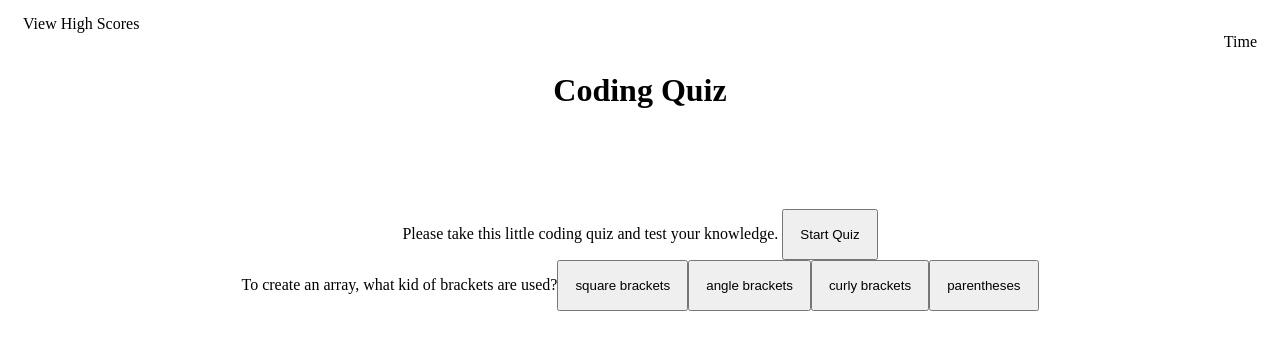
Repository: Naomilounsbury/code-quiz
Page: index.html
These files come from the project's save history. The page is drawn as it stood at one moment and after the next save; the edit follows.
The browser window is 1280 px wide. The pictures show the whole page.
After loading, the first visible `button` was clicked once.

Above is the page before, as saved 2021-11-28 09:27:16.
Console error (its wording comes from the project's code and is left out).

After the next save:
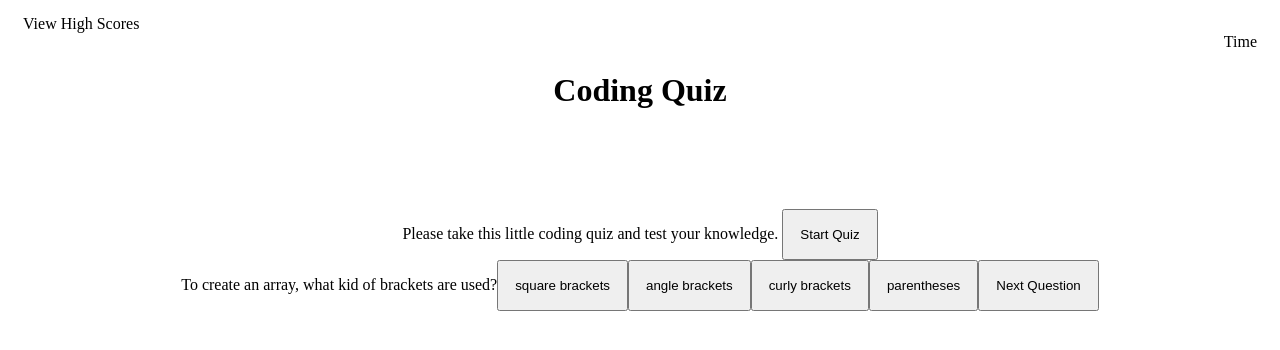
The error is gone.
Saved 84 s later.
--- a/assets/js/script.js
+++ b/assets/js/script.js
@@ -39,7 +39,7 @@ var onStartQuiz = function () {
     //i need a btn to go to the next question but its not working
     btn.innerHTML = "Next Question"
     //fuck you buttons
-    .addEventListener("click", nextQuestion)
+    document.addEventListener("click", nextQuestion)
     questionDivEl.appendChild(btn);
 
 
